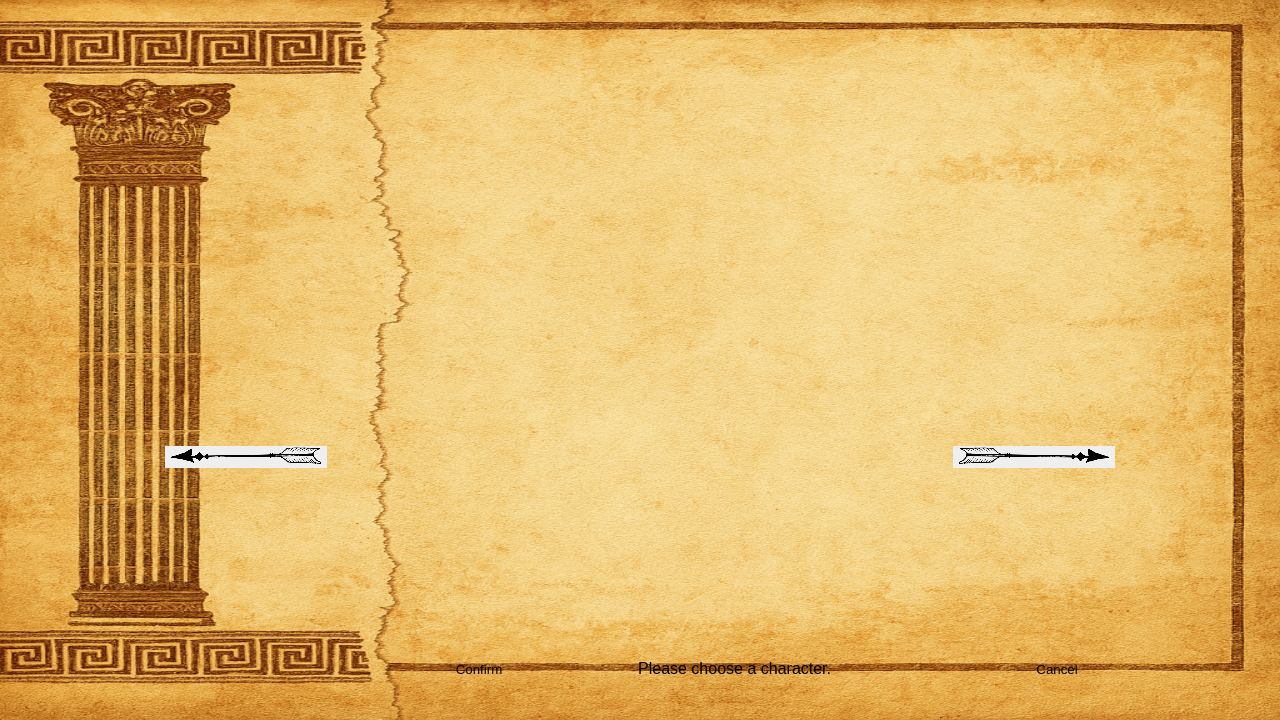
Repository: brianabariteau/Web-1-Final-Project-2025
Page: features/character-selection/character-selection.html
These files come from the project's save history. The page is drawn as it stood at one moment and after the next save; the edit follows.
The browser window is 1280 px wide. The pictures show the whole page.
The page's requests for data from a server got no answer. Some web fonts or font styles are not loaded; a fallback is used.

Above is the page before, as saved 2025-12-21 23:45:34.

After the next save:
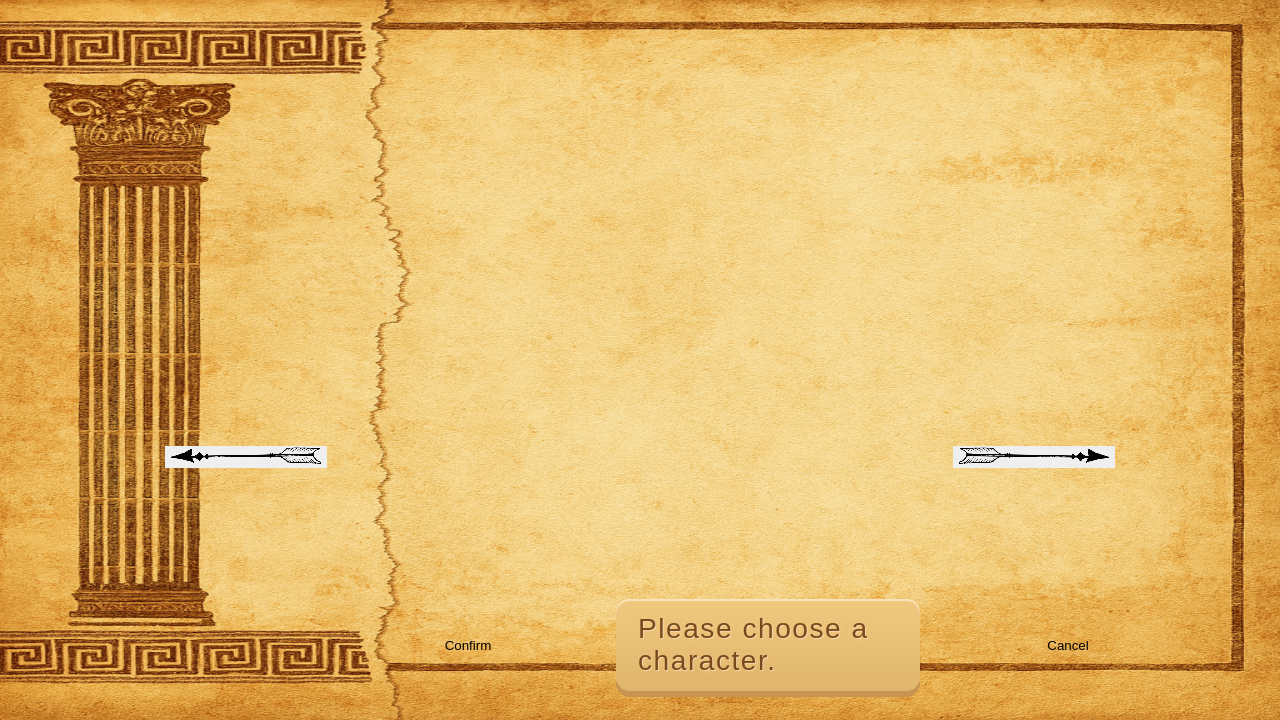
Saved 32 s later.
--- a/features/character-selection/character-selection.css
+++ b/features/character-selection/character-selection.css
@@ -219,6 +219,21 @@ body {
   pointer-events: none;
   margin: 0 auto;
 }
+.box {
+  font-size: clamp(1.4rem, 2.2vw, 2rem);
+  color: #7a4a1f;
+  letter-spacing: 1.5px;
+
+  text-shadow: 1px 1px 0 #f3d8a8, 0 0 8px rgba(255, 210, 130, 0.35);
+
+  background: linear-gradient(to bottom, #f0c97f, #e0b56d);
+  padding: 14px 22px;
+  border-radius: 14px;
+
+  box-shadow: inset 0 2px 0 rgba(255, 255, 255, 0.5), 0 6px 0 #c89451;
+
+  pointer-events: none;
+}
 
 /* ───────────── CONFIRM + CANCEL BUTTONS ───────────── */
 
